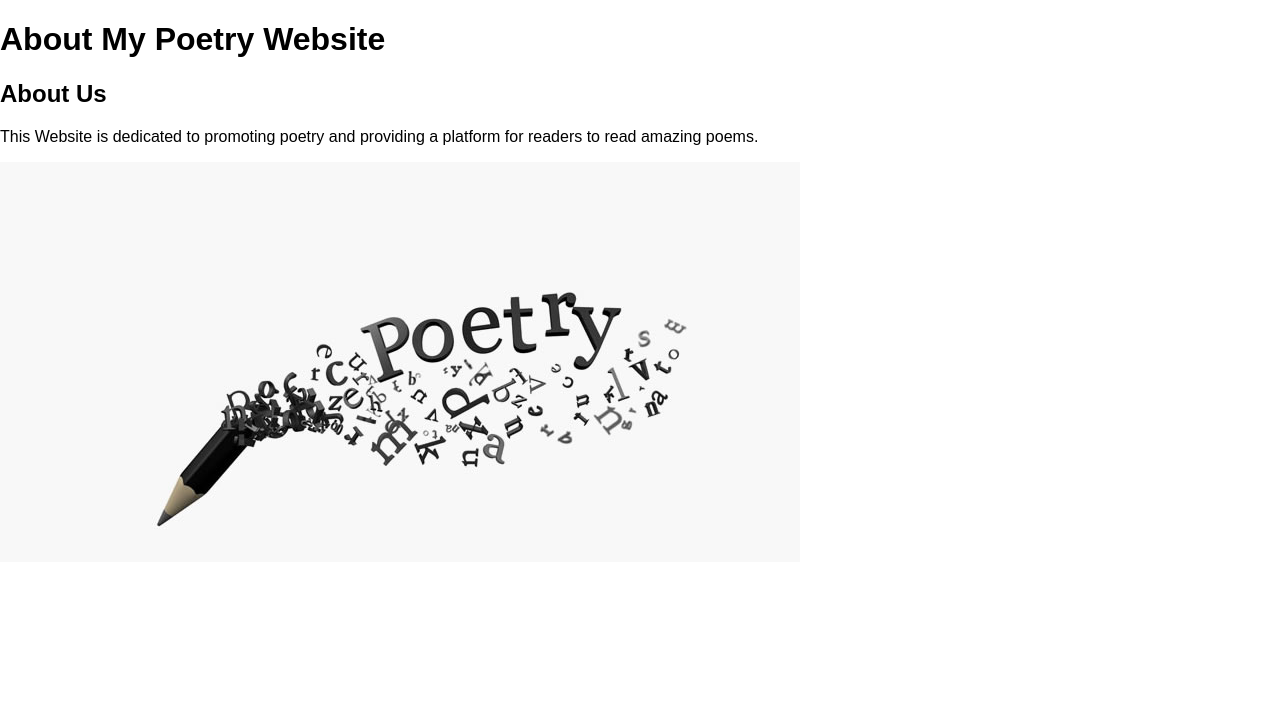
Repository: jbn-aman/wiprobatch1
Page: project/work/html/mywebapp/public/pages/assignment14/about.html
The author's editor kept a copy of each file at every save. The page is drawn from the files as they stood at one save, then again after the next save.
The browser window is 1280 px wide. The pictures show the whole page.

Above is the page before, as saved 2024-04-04 17:00:19.

### project/work/html/mywebapp/public/pages/assignment14/about.html
<!DOCTYPE html>
<html lang="en">
<head>
    <meta charset="ISO-8859-1">
    <title>Poetry Website - About</title>
    <style>
        body {
            font-family: Arial, sans-serif;
            margin: 0;
            padding: 0;
        }
    </style>
</head>
<body>
    <!-- Content for About Page -->
    <h1>About My Poetry Website</h1>
    <h2>About Us</h2>
    <p>This Website is dedicated to promoting poetry and providing a platform for readers to read amazing poems.</p>
    <img src="../../assets/poetry.jpg" alt="About Us Image">
</body>
</html>

After the next save:
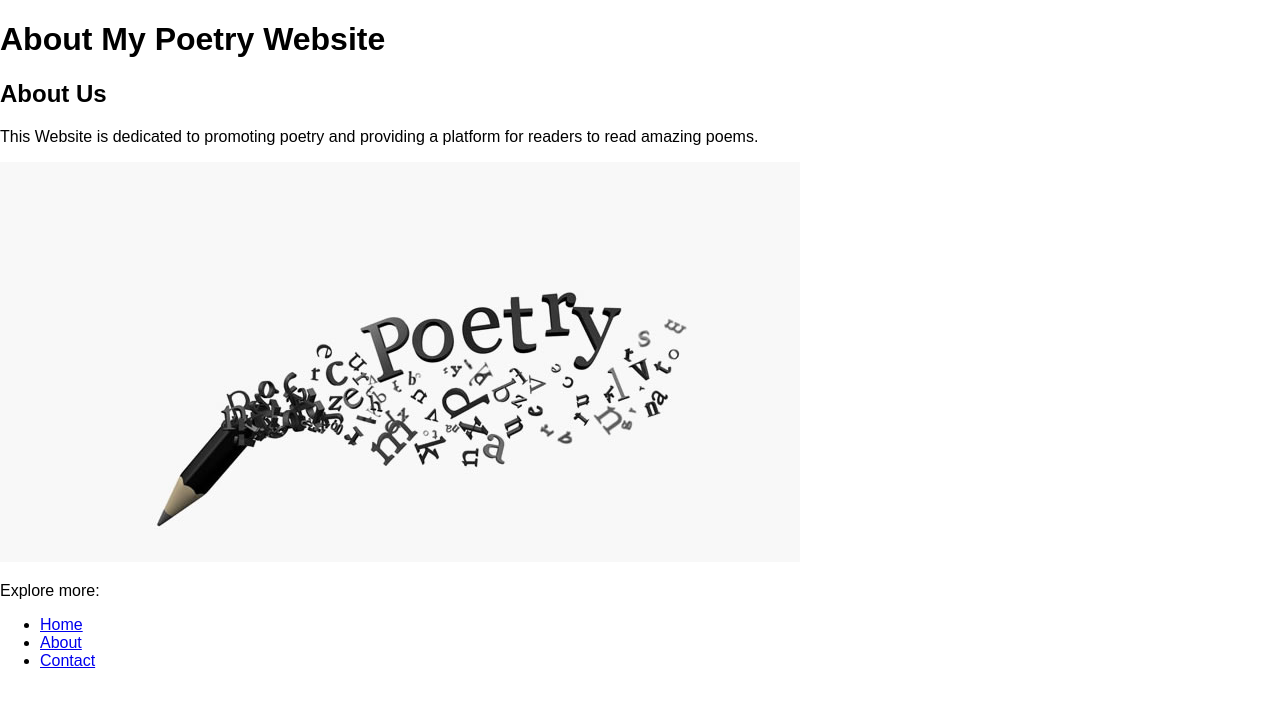
Saved 33 s later.
--- a/project/work/html/mywebapp/public/pages/assignment14/about.html
+++ b/project/work/html/mywebapp/public/pages/assignment14/about.html
@@ -1,7 +1,7 @@
 <!DOCTYPE html>
 <html lang="en">
 <head>
-    <meta charset="ISO-8859-1">
+    <meta charset="UTF-8">
     <title>Poetry Website - About</title>
     <style>
         body {
@@ -17,5 +17,13 @@
     <h2>About Us</h2>
     <p>This Website is dedicated to promoting poetry and providing a platform for readers to read amazing poems.</p>
     <img src="../../assets/poetry.jpg" alt="About Us Image">
+
+    <!-- Links to other pages -->
+    <p>Explore more:</p>
+    <ul>
+        <li><a href="index.html">Home</a></li>
+        <li><a href="about.html">About</a></li>
+        <li><a href="contact.html">Contact</a></li>
+    </ul>
 </body>
 </html>
